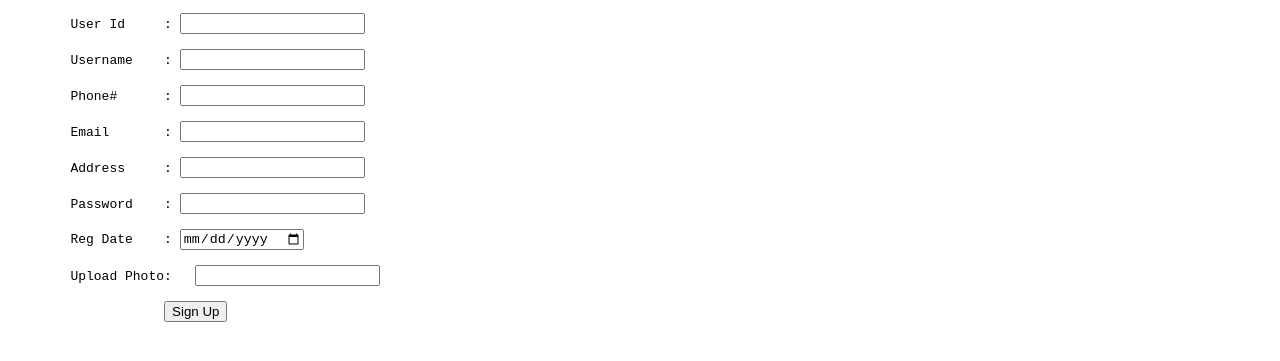
Repository: blackburn99/E-Learning-Project
Page: http://localhost/e-learning-project-frontend/registration.jsp
The author's editor kept a copy of each file at every save. The page is drawn from the files as they stood at one save, then again after the next save.
The browser window is 1280 px wide. The pictures show the whole page.
The page is served by Tomcat 9. Other server files are loaded and not shown.

Above is the page before, as saved 2021-08-18 05:14:04.

### e-learning-project-frontend/src/main/webapp/registration.jsp
<%@ page language="java" contentType="text/html; charset=ISO-8859-1"
    pageEncoding="ISO-8859-1"%>
<!DOCTYPE html PUBLIC "-//W3C//DTD HTML 4.01 Transitional//EN" "http://www.w3.org/TR/html4/loose.dtd">
<html>
<head>
<meta http-equiv="Content-Type" content="text/html; charset=ISO-8859-1">
<title>Insert title here</title>
</head>
<body>
	<form action="register" method="POST">
        <pre>
        User Id     : <input type="number" name="id" /><br>
        Username    : <input type="text" name="username" /><br>
        Phone#      : <input type="number" name="phone" /><br>
        Email       : <input type="email" name="email" /><br>
        Address     : <input type="address" name="address" /><br>
        Password    : <input type="password" name="password" /><br>
        Reg Date    : <input type="date" name="reg_date" /><br>
        Upload Photo:   <input type="string" name="upload_photo" /><br>
                    <input type="submit" value="Sign Up" /><br>
       </pre>
     </form>
</body>
</html>

After the next save:
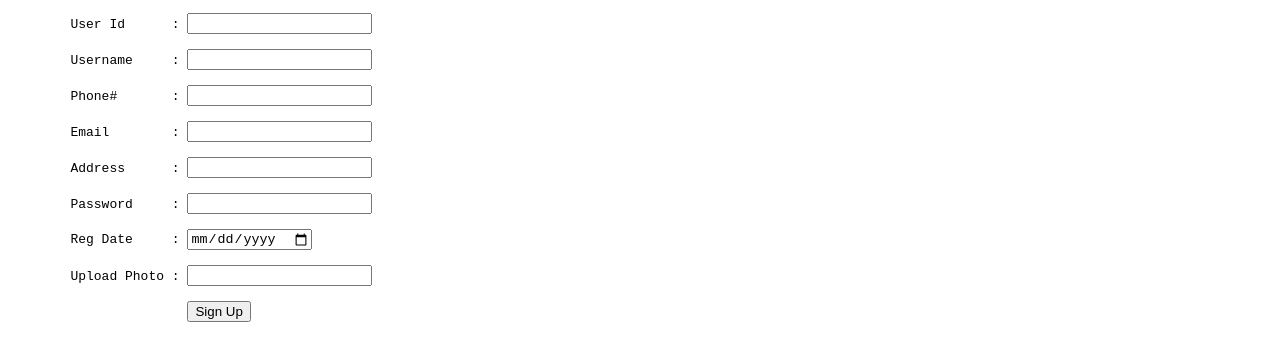
Saved 21 s later.
--- a/e-learning-project-frontend/src/main/webapp/registration.jsp
+++ b/e-learning-project-frontend/src/main/webapp/registration.jsp
@@ -9,15 +9,15 @@
 <body>
 	<form action="register" method="POST">
         <pre>
-        User Id     : <input type="number" name="id" /><br>
-        Username    : <input type="text" name="username" /><br>
-        Phone#      : <input type="number" name="phone" /><br>
-        Email       : <input type="email" name="email" /><br>
-        Address     : <input type="address" name="address" /><br>
-        Password    : <input type="password" name="password" /><br>
-        Reg Date    : <input type="date" name="reg_date" /><br>
-        Upload Photo:   <input type="string" name="upload_photo" /><br>
-                    <input type="submit" value="Sign Up" /><br>
+        User Id      : <input type="number" name="id" /><br>
+        Username     : <input type="text" name="username" /><br>
+        Phone#       : <input type="number" name="phone" /><br>
+        Email        : <input type="email" name="email" /><br>
+        Address      : <input type="address" name="address" /><br>
+        Password     : <input type="password" name="password" /><br>
+        Reg Date     : <input type="date" name="reg_date" /><br>
+        Upload Photo : <input type="string" name="upload_photo" /><br>
+                       <input type="submit" value="Sign Up" /><br>
        </pre>
      </form>
 </body>
